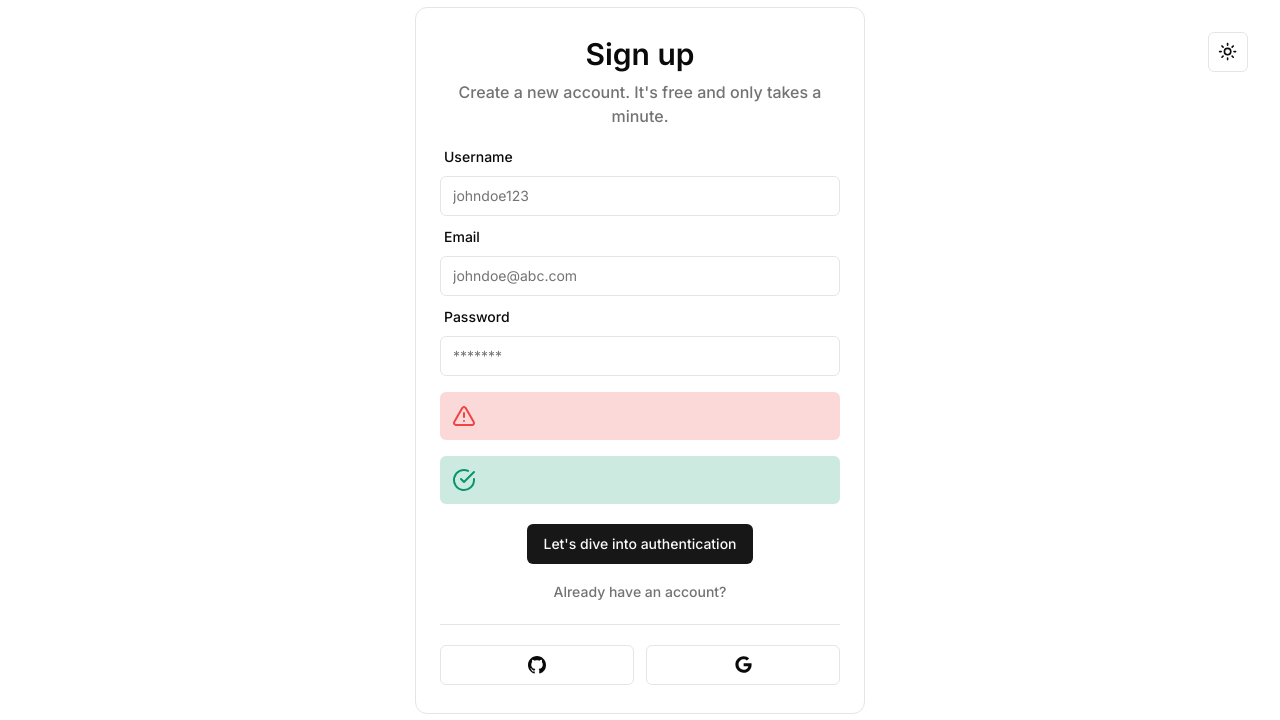
Repository: nickgoel31/authentication-toolkit
Page: /sign-up
The author's editor kept a copy of each file at every save. The page is drawn from the files as they stood at one save, then again after a run of saves.
The browser window is 1280 px wide. The pictures show the whole page.
The project was rebuilt for these pictures with package versions that can differ from the ones it lists, and the page was loaded fresh each time. The framework's server and built-in components were replaced by stand-ins that run in the browser. Also part of the build but not shown: next.config.mjs.

Above is the page before, as saved 2024-02-04 18:09:56.

After the next 2 saves:
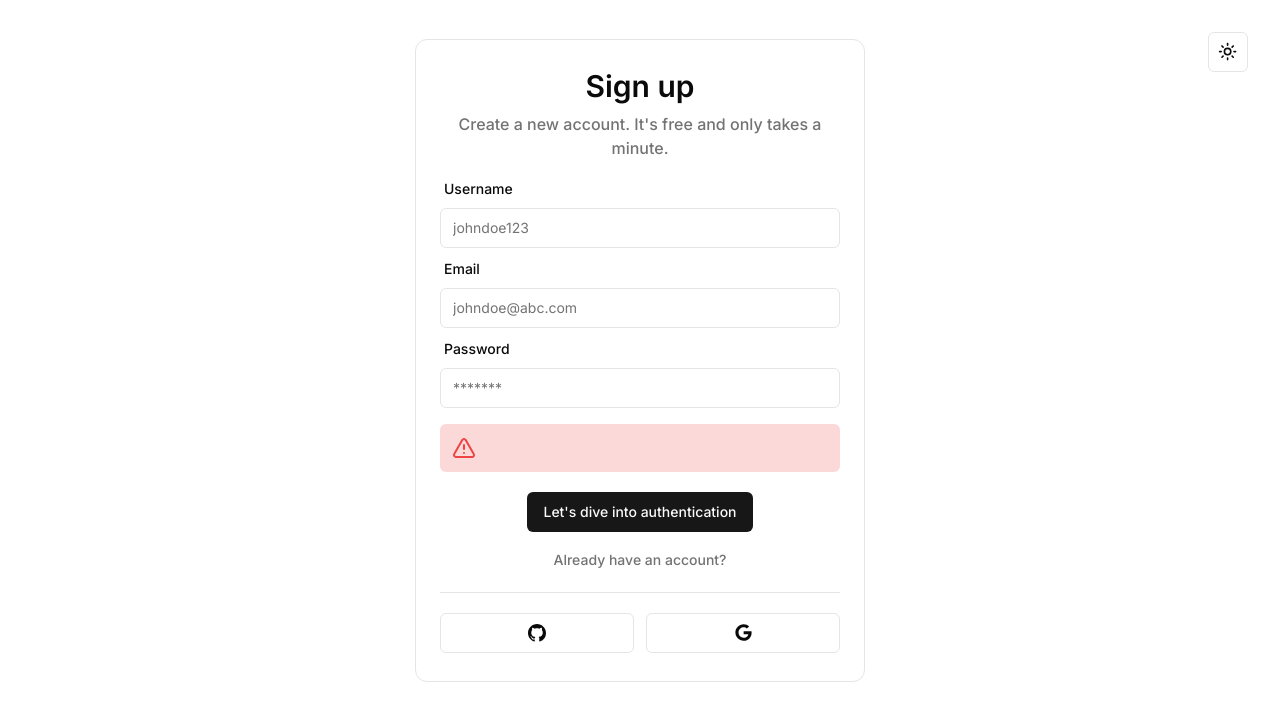
The 2 saves are shown as one change because they came seconds apart.
The last was saved 15 s later.
--- a/components/auth/success-message.tsx
+++ b/components/auth/success-message.tsx
@@ -2,6 +2,9 @@ import { Check, CheckCircle } from 'lucide-react'
 import React from 'react'
 
 const SuccessMessage = ({message} : {message : string}) => {
+
+  if(!message) return null;
+
   return (
     <div className='w-full p-3 flex items-center bg-emerald-600/20 text-emerald-600 mt-4 gap-3 font-medium mb-4 rounded-md'>
         <CheckCircle />
